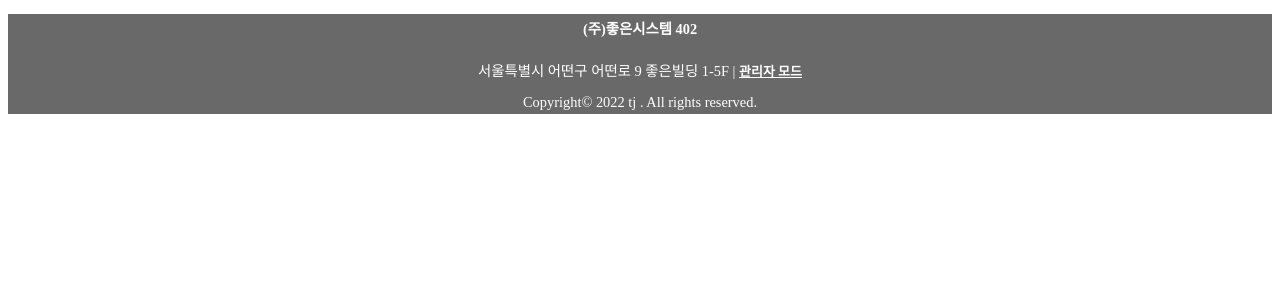
Repository: kdkk2000/Project
Page: http://localhost/petstyle/main/footer.jsp
The author's editor kept a copy of each file at every save. The page is drawn from the files as they stood at one save, then again after the next save.
The browser window is 1280 px wide. The pictures show the whole page.
The page is served by Tomcat 9.

Above is the page before, as saved 2023-03-27 06:22:02.

After the next save:
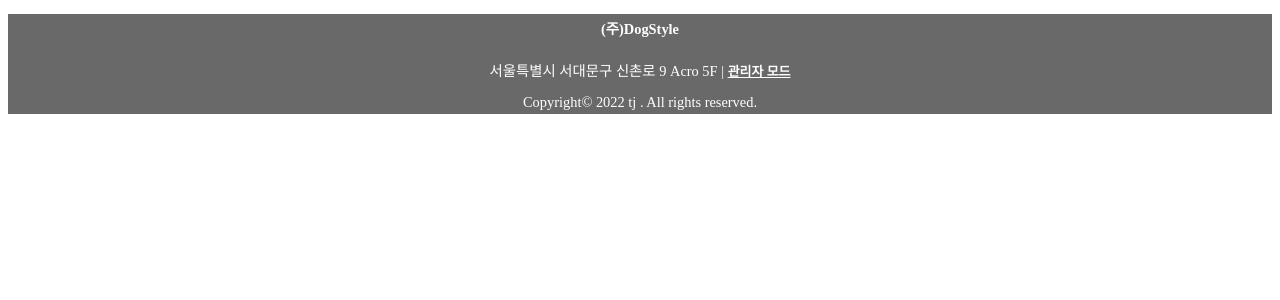
Saved 102 s later.
--- a/petstyle/WebContent/main/footer.jsp
+++ b/petstyle/WebContent/main/footer.jsp
@@ -25,8 +25,8 @@
 <body>
 	<footer>
 		<div id="footer_conts">
-			<p>(주)좋은시스템 402</p>
-			<p>서울특별시 어떤구 어떤로 9 좋은빌딩 1-5F | <b><a href="${conPath }/adminLoginView.do">관리자 모드</a></b></p>
+			<p>(주)DogStyle</p>
+			<p>서울특별시 서대문구 신촌로 9 Acro 5F | <b><a href="${conPath }/adminLoginView.do">관리자 모드</a></b></p>
 			<p>Copyright© 2022 tj . All rights reserved.</p>
 		</div>
 	</footer>
